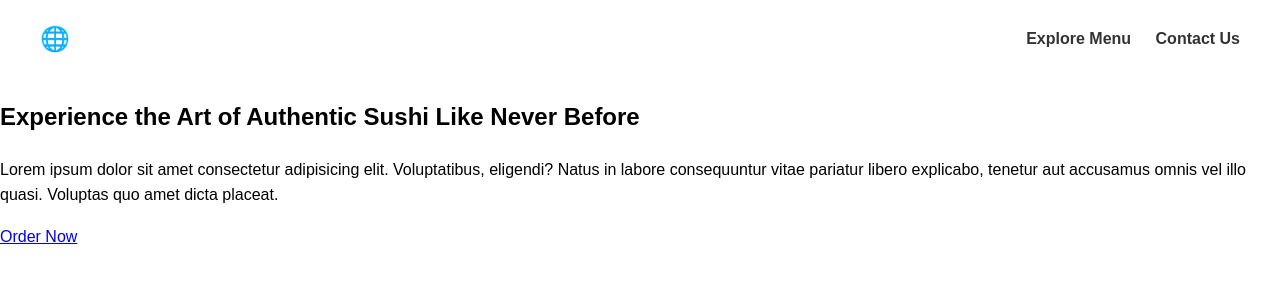
Repository: Femi007-gh/experience
Page: index.html
These files come from the project's save history. The page is drawn as it stood at one moment and after the next save; the edit follows.
The browser window is 1280 px wide. The pictures show the whole page.

Above is the page before, as saved 2025-01-13 07:35:57.

### index.html
<html>
  <head>
    <title></title>
    <link rel="stylesheet" href="style.css">
  </head>
  <body>
    <header>
      <div class="logo">🌐</div>
      <nav>
        <a href="#">Explore Menu</a>
        <a href="#">Contact Us</a>
      </nav>
    </header>
    <main>
      <section class="hero">
        <h1>Experience the Art of Authentic Sushi Like Never Before</h1>
        <p>Lorem ipsum dolor sit amet consectetur adipisicing elit. Voluptatibus, eligendi? Natus in labore consequuntur vitae pariatur libero explicabo, tenetur aut accusamus omnis vel illo quasi. Voluptas quo amet dicta placeat.</p>
        <div class="cta-buttons">
          <a href="#" class="btn-primary">Order Now</a>
        </div>
      </section>
    </main>
  </body>
</html>

### style.css
/* body or * */
body {
  padding: 0;
  margin: 0;
  background-color: white;
  font-family: Arial, Helvetica, sans-serif;
  line-height: 1.6;
}

header {
  display: flex;
  justify-content: space-between;
  align-items: center;
  padding: 20px 40px;
  background-color: #fff;
}

header .logo {
  font-size: 24px;
}

header nav a {
  text-decoration: none;
  margin-left: 20px;
  color: #333;
  font-weight: 600;
}

header nav a:hover {
  color: #0077b6;
}

After the next save:
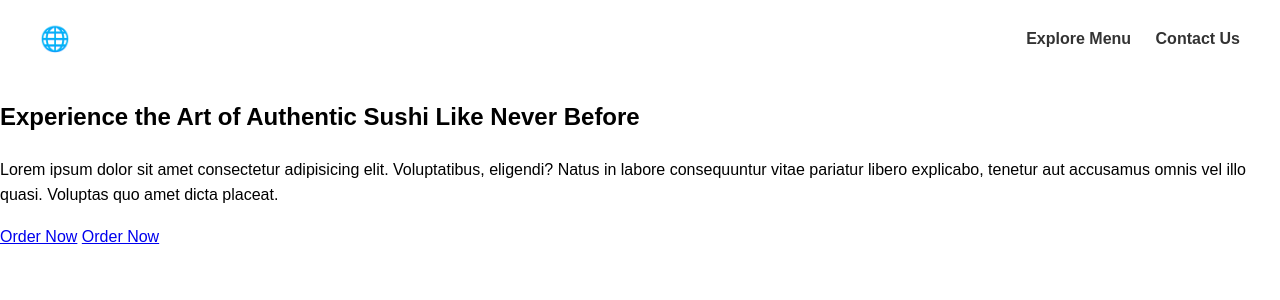
Saved 12 s later.
--- a/index.html
+++ b/index.html
@@ -17,6 +17,7 @@
         <p>Lorem ipsum dolor sit amet consectetur adipisicing elit. Voluptatibus, eligendi? Natus in labore consequuntur vitae pariatur libero explicabo, tenetur aut accusamus omnis vel illo quasi. Voluptas quo amet dicta placeat.</p>
         <div class="cta-buttons">
           <a href="#" class="btn-primary">Order Now</a>
+          <a href="#" class="btn-primary">Order Now</a>
         </div>
       </section>
     </main>

After the 2 saves that followed:
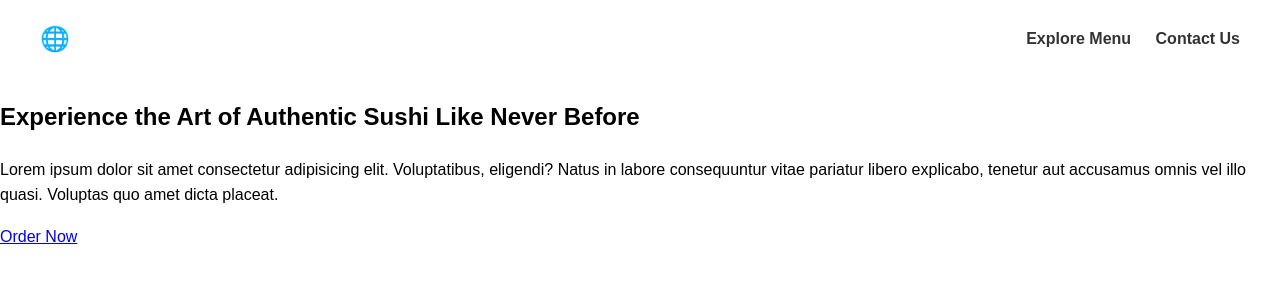
The 2 saves are shown as one change because 1 left the picture as it was.
The last was saved 18 s later.
--- a/index.html
+++ b/index.html
@@ -17,7 +17,7 @@
         <p>Lorem ipsum dolor sit amet consectetur adipisicing elit. Voluptatibus, eligendi? Natus in labore consequuntur vitae pariatur libero explicabo, tenetur aut accusamus omnis vel illo quasi. Voluptas quo amet dicta placeat.</p>
         <div class="cta-buttons">
           <a href="#" class="btn-primary">Order Now</a>
-          <a href="#" class="btn-primary">Order Now</a>
+          <a href="#" class="btn-secondary"></a>
         </div>
       </section>
     </main>
